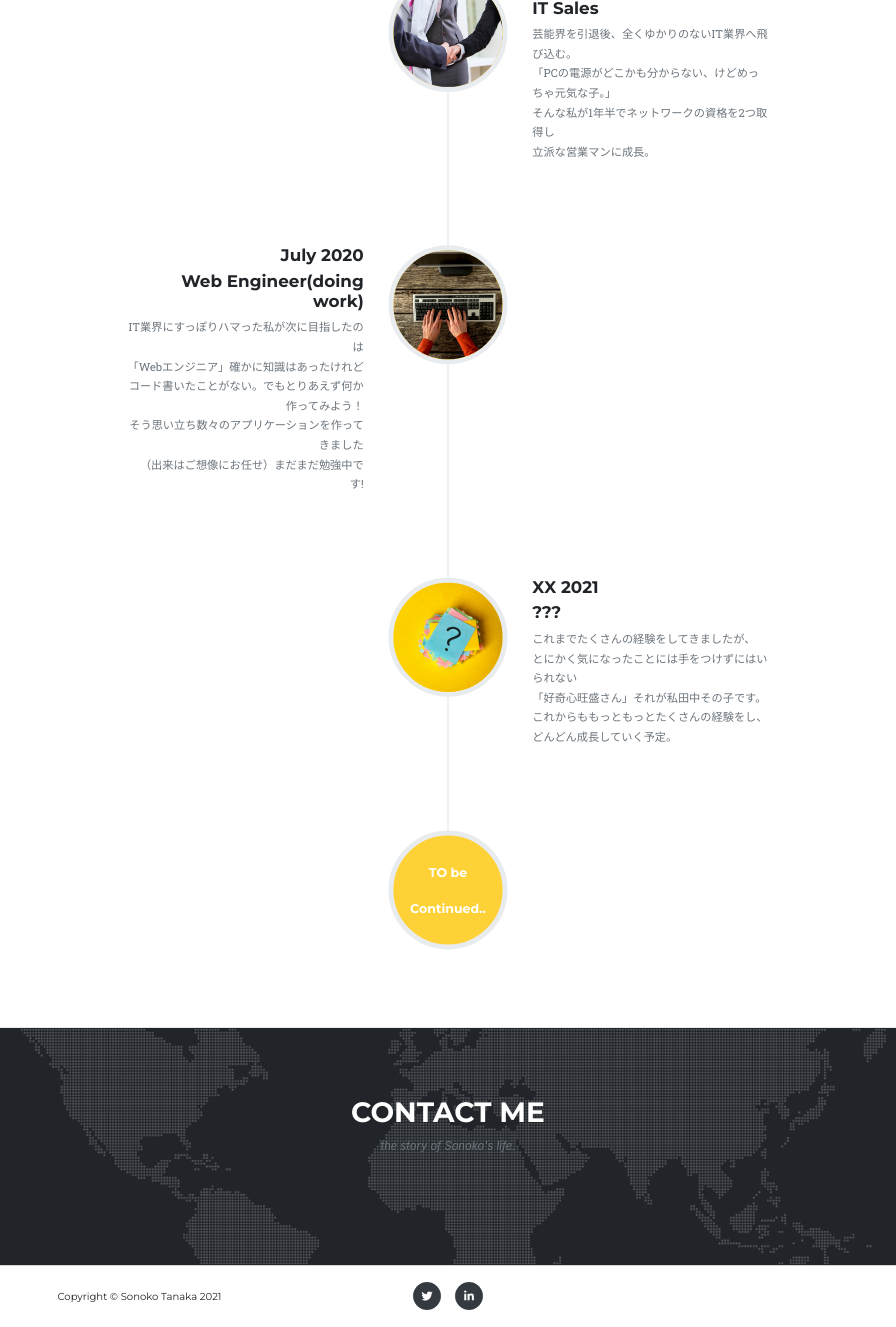
Repository: s-tanaka52/s-tanaka-s_profile
Page: startbootstrap-agency-gh-pages/index.html
The author's editor kept a record of every edit. The page is drawn from the files as they stood at one moment, then again after the next edit.
The browser window is 1280 px wide. The pictures show the part of the page from y = 3168 to 5088 px (the page is 5064 px tall before and 5088 px after), at 70% of full size.
Some web fonts or font styles are not loaded; a fallback is used.

Above is the page before.

After the next edit:
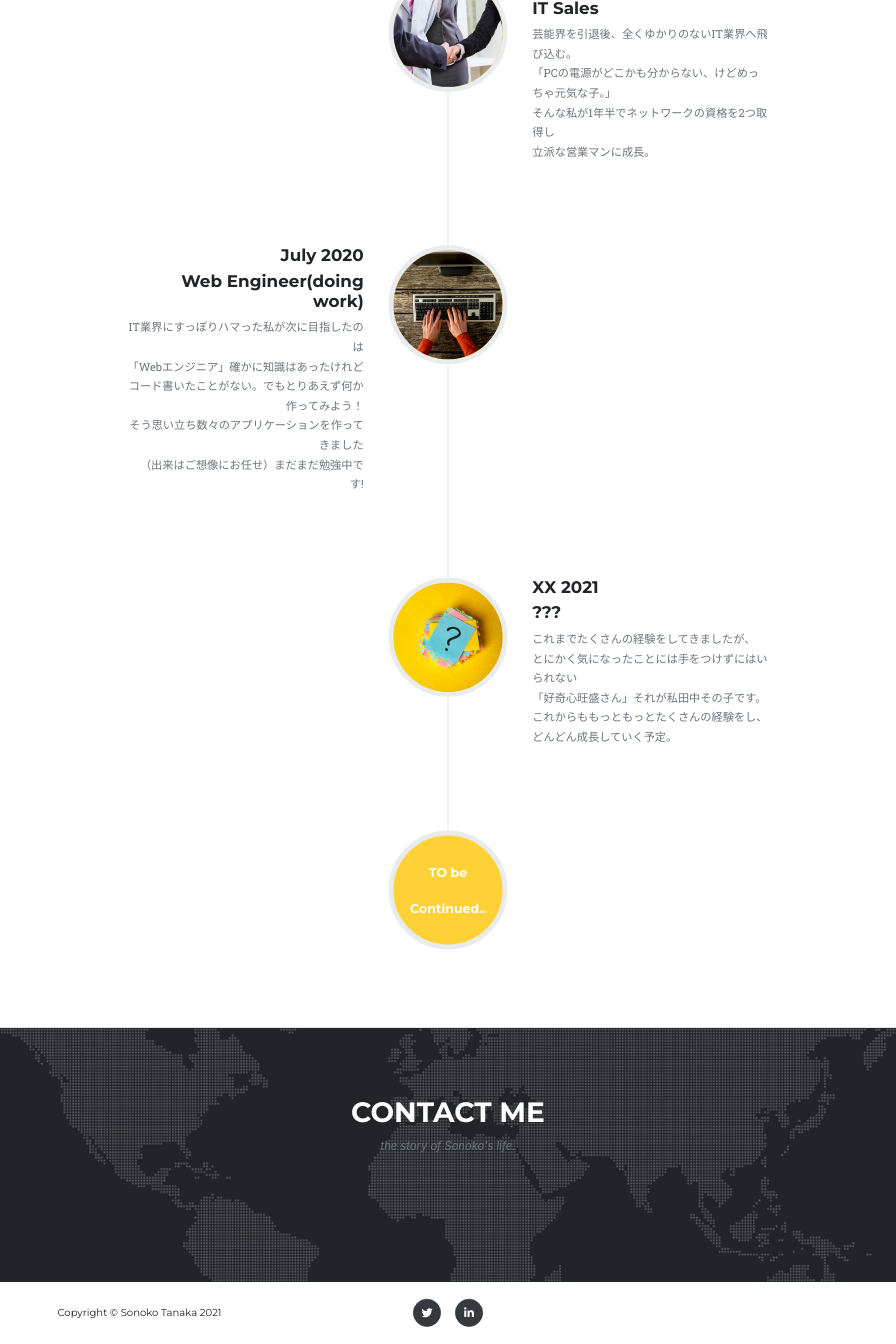
The edit:
--- a/startbootstrap-agency-gh-pages/index.html
+++ b/startbootstrap-agency-gh-pages/index.html
@@ -238,7 +238,7 @@
                     <h2 class="section-heading text-uppercase">Contact Me</h2>
                     <h3 class="section-subheading text-muted">the story of Sonoko's life.</h3>
                 </div>
-
+                <i class="fas fa-microphone-alt" ></i>
             </div>
         </section>
         <!-- Footer-->
